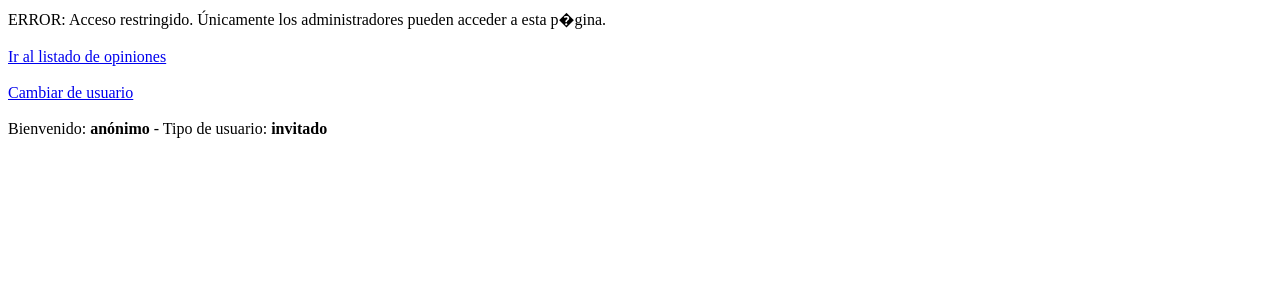
Repository: Myugen/EjercicioPHP
Page: http://localhost/Recursos/filmoteca/eliminar.php
An editor plug-in stored every save of this project. The page is shown before and after the next save, followed by the edit.
The browser window is 1280 px wide. The pictures show the whole page.
The page is run by PHP 8.4 with error messages shown; the project is at /var/www/html/.

Above is the page before, as saved 2015-11-27 10:39:47.

After the next save:
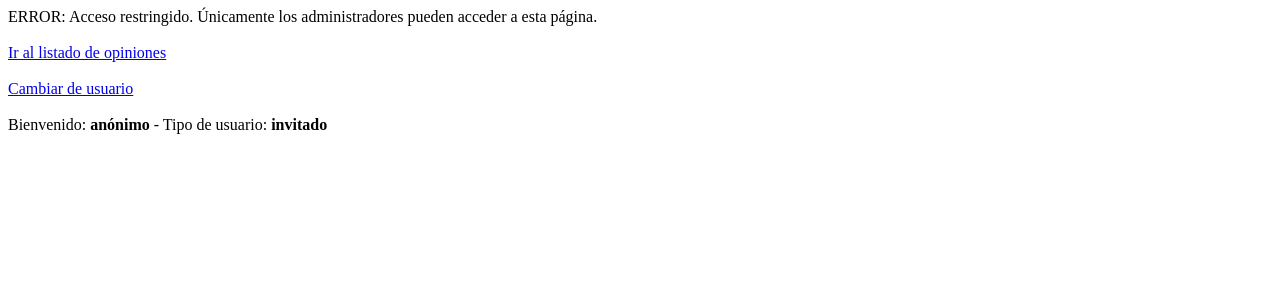
Saved 9 s later.
--- a/Filmoteca/Recursos/filmoteca/eliminar.php
+++ b/Filmoteca/Recursos/filmoteca/eliminar.php
@@ -66,7 +66,7 @@ if($_SESSION['tipo']=="administrador")
 } // if($_SESSION['tipo']=="administrador")
 else
 {
-	echo "ERROR: Acceso restringido. Únicamente los administradores pueden acceder a esta p�gina.<br>\n";
+	echo "ERROR: Acceso restringido. Únicamente los administradores pueden acceder a esta página.<br>\n";
 }
 
 // Enlace para navegar por las páginas...
